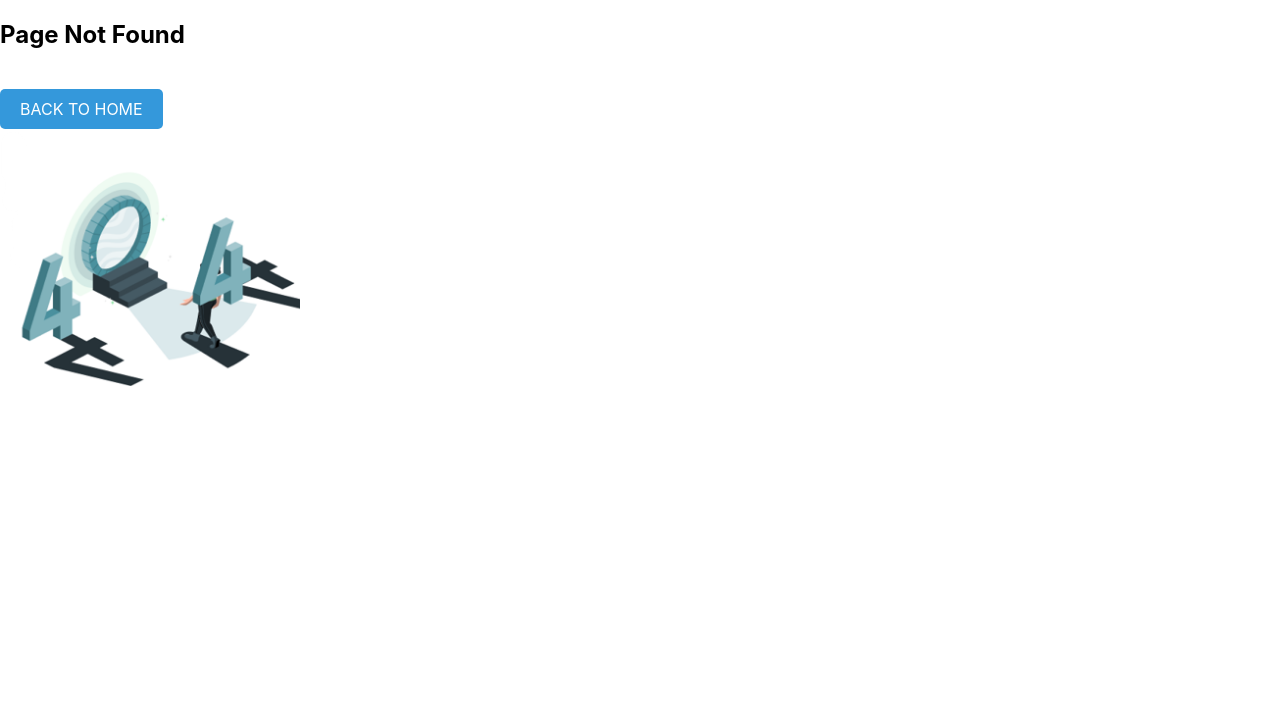
Repository: sarramz/ProjetBI-AI-dev
Page: /1
These files come from the project's save history. The page is drawn as it stood at one moment and after the next save; the edit follows.
The browser window is 1280 px wide. The pictures show the whole page.
The project was rebuilt for these pictures with package versions that can differ from the ones it lists, and the page was loaded fresh each time. Also part of the build but not shown: vite.config.js.

Above is the page before, as saved 2025-02-23 10:28:32.

### src/App.jsx
import React from "react";
import { BrowserRouter as Router, Routes, Route } from "react-router-dom";
import NotFoundPage from "./pages/NotFoundPage.jsx";

const Home = () => <h1 className="text-4xl text-center mt-10">Bienvenue sur la page d'accueil</h1>;

const App = () => {
  return (
    <Router>
      <Routes>
        <Route path="/" element={<Home />} />
        <Route path="*" element={<NotFoundPage />} />
      </Routes>
    </Router>
  );
};

export default App;

### src/pages/NotFoundPage.jsx
import React from "react";
import "./style.css"; // Assure-toi que ce fichier existe
import image404 from "/image.png"; // Image située dans `public/`

export default function NotFoundPage() {
  return (
    <div className="not-found-container">
      <div className="text-container">
        <h2>Page Not Found</h2>
        <a href="/" className="back-button">BACK TO HOME</a>
      </div>
      <div className="image-container">
        <img src={image404} alt="404 Illustration" />
      </div>
    </div>
  );
}

### src/pages/style.css
.container {
  text-align: center;
  padding: 50px;
}

.image-container img {
  width: 300px;
  max-width: 100%;
}

.back-button {
  display: inline-block;
  margin-top: 20px;
  padding: 10px 20px;
  background-color: #3498db;
  color: white;
  text-decoration: none;
  border-radius: 5px;
}

.back-button:hover {
  background-color: #2980b9;
}

Loaded but not shown: index.html (common file); src/main.jsx (common file); src/index.css (common file)

After the next save:
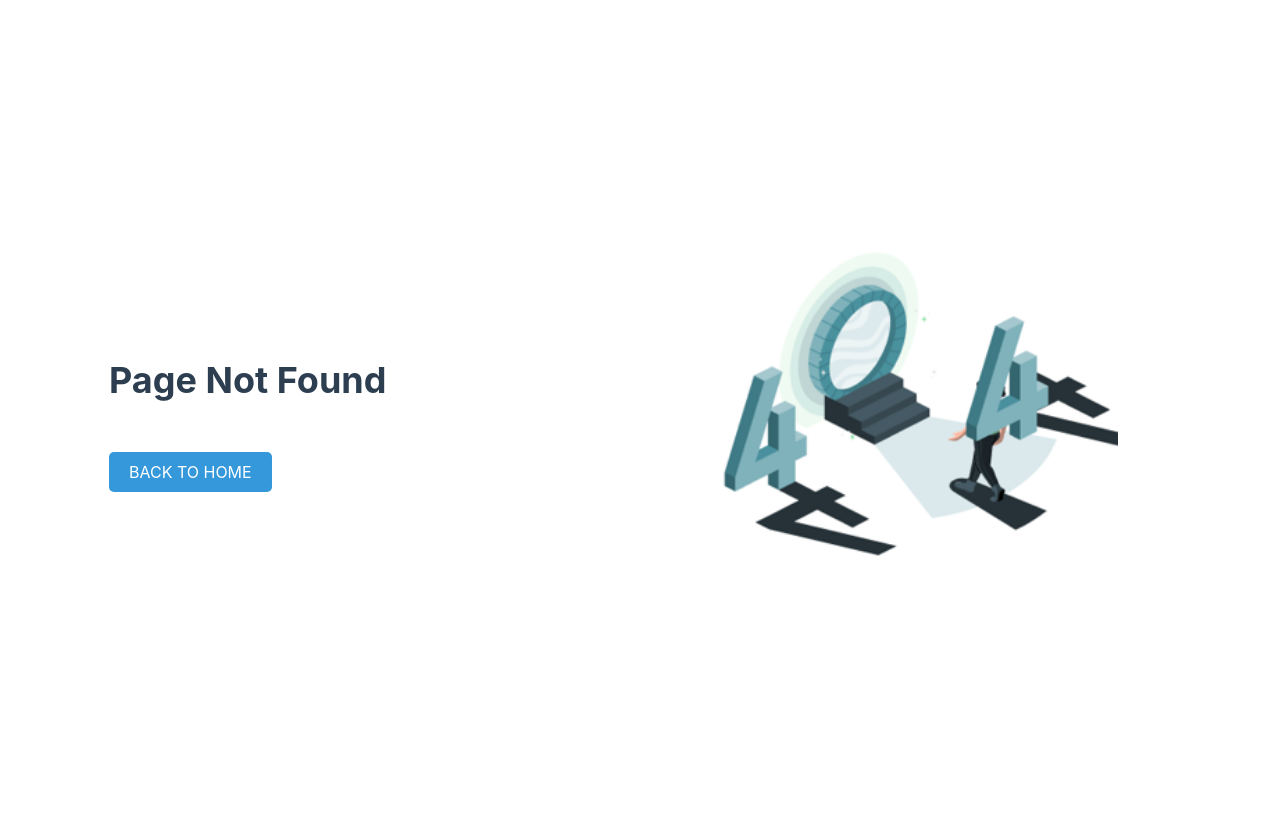
Saved 8 s later.
--- a/src/pages/style.css
+++ b/src/pages/style.css
@@ -1,11 +1,20 @@
-.container {
-  text-align: center;
+.not-found-container {
+  display: flex;
+  align-items: center;
+  justify-content: space-between;
   padding: 50px;
+  height: 100vh;
 }
 
-.image-container img {
-  width: 300px;
-  max-width: 100%;
+.text-container {
+  flex: 1;
+  text-align: left;
+  padding-left: 5%;
+}
+
+.text-container h2 {
+  font-size: 36px;
+  color: #2c3e50;
 }
 
 .back-button {
@@ -21,3 +30,15 @@
 .back-button:hover {
   background-color: #2980b9;
 }
+
+.image-container {
+  flex: 1;
+  display: flex;
+  justify-content: center;
+  padding-right: 5%;
+}
+
+.image-container img {
+  width: 80%;
+  max-width: 500px;
+}
